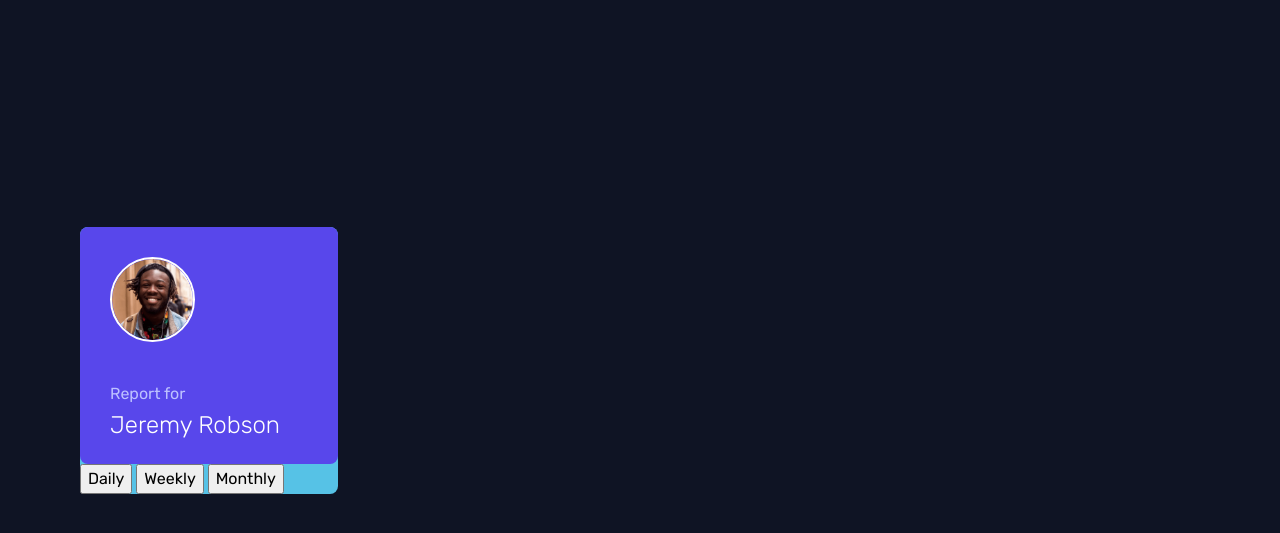
Repository: Akashiii1/WebTimeTracking_Day6
Page: index.html
An editor plug-in stored every save of this project. The page is shown before and after the next save, followed by the edit.
The browser window is 1280 px wide. The pictures show the whole page.

Above is the page before, as saved 2021-12-26 23:50:31.

After the next save:
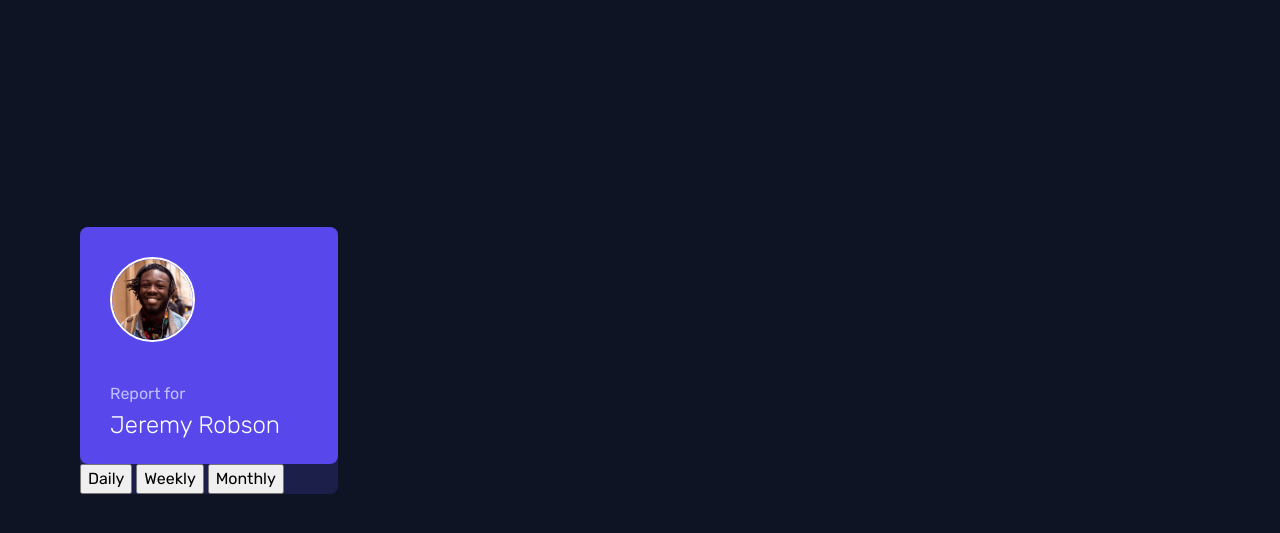
Saved 25 s later.
--- a/style.css
+++ b/style.css
@@ -61,7 +61,7 @@ body{
   grid-gap:30px ;
 }
 .first{
-  background-color: var(--Softblue);
+  background-color: var(--Darkblue);
   border-radius: 8px;
 }
 .user{
